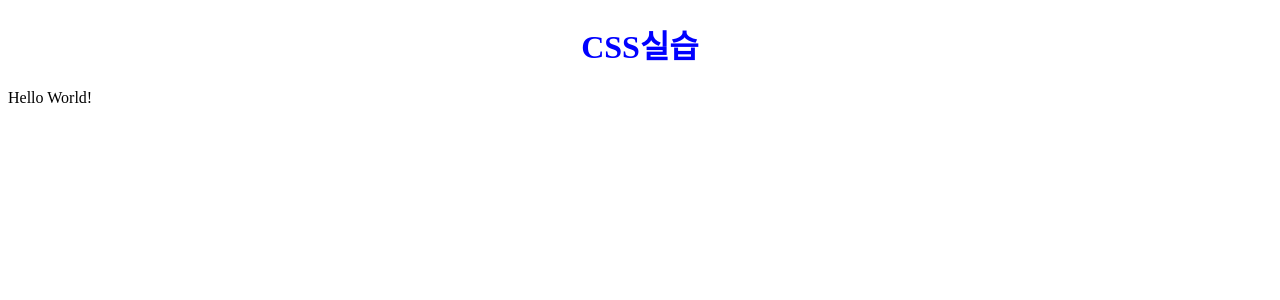
Repository: ashojm/WebWork
Page: Web/first.html
An editor plug-in stored every save of this project. The page is shown before and after the next save, followed by the edit.
The browser window is 1280 px wide. The pictures show the whole page.

Above is the page before, as saved 2015-11-12 16:02:20.

After the next save:
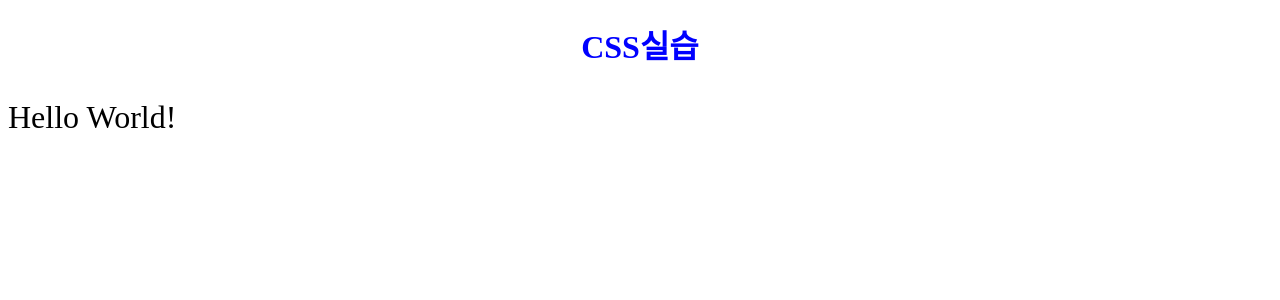
Saved 103 s later.
--- a/Web/css/base.css
+++ b/Web/css/base.css
@@ -1 +1 @@
-p {color:red}
+p {color:red;font-size:200%}
